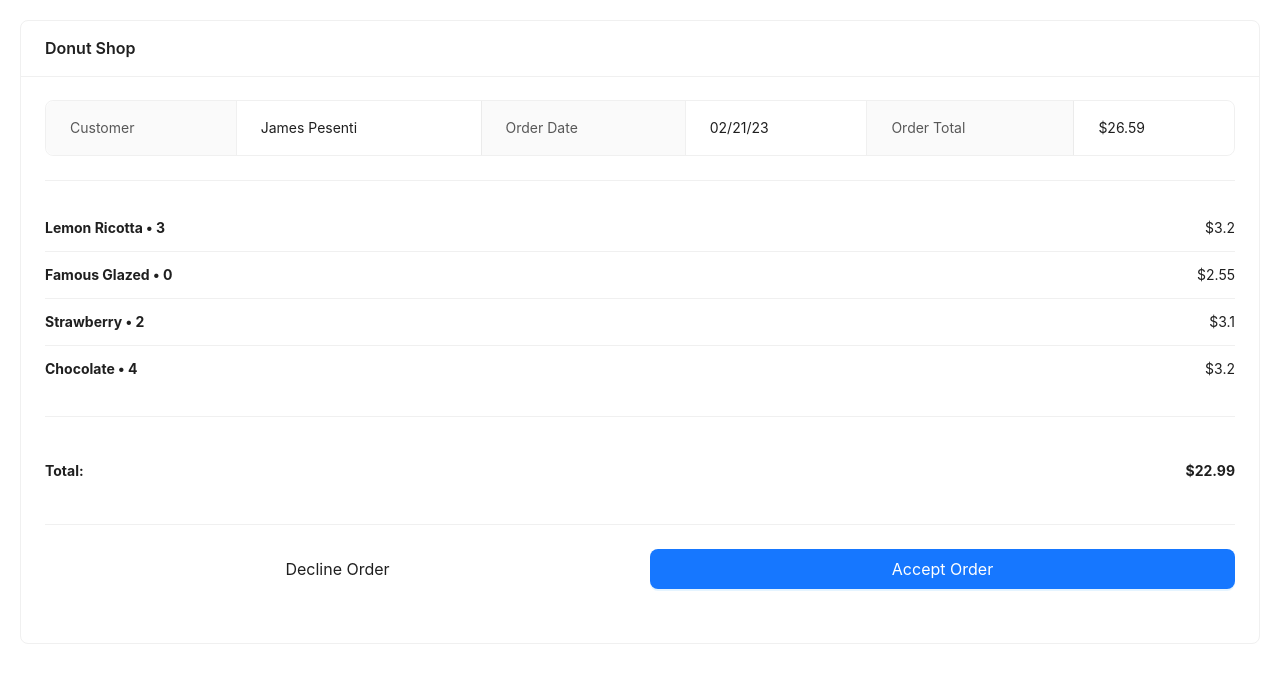
Repository: JamesPesenti/DonutShopDashboard
Page: /menu
The author's editor kept a copy of each file at every save. The page is drawn from the files as they stood at one save, then again after the next save.
The browser window is 1280 px wide. The pictures show the whole page.
The project was rebuilt for these pictures with package versions that can differ from the ones it lists, and the page was loaded fresh each time.

Above is the page before, as saved 2023-03-22 14:36:58.

### src/App.js
import { Card, Descriptions, Divider, List, Button } from "antd"
import donuts from "../src/data/donuts"

function App() {
  return (
    <>
      <Card style={{ margin: 20 }} title={"Donut Shop"}>
        <Descriptions bordered column={{lg: 1, md: 1, sm: 1}}>
          <Descriptions.Item label="Customer">
            James Pesenti
          </Descriptions.Item>
          <Descriptions.Item label="Order Date">
            02/21/23
          </Descriptions.Item>
          <Descriptions.Item label="Order Total">
            $26.59
          </Descriptions.Item>
        </Descriptions>
        <Divider />
        <List
          dataSource={donuts}
          renderItem={(donutItem) => (
            <List.Item>
              <div style={{fontWeight: "bold"}}>{donutItem.flavor}   &#8226; {donutItem.quantity}</div>
              <div>${donutItem.price}</div>
            </List.Item>
          )}
        />
        <Divider />
        <div style={styles.totalContainer}>
          <h4>Total:</h4>
          <h4 style={styles.price}>$22.99</h4>
        </div>
        <Divider />
        <div style={styles.buttonsContainer}>
          <Button style={styles.button} block type="danger" size="large">
            Decline Order
          </Button>
          <Button block type="primary" size="large">
            Accept Order
          </Button>
        </div>
      </Card>
    </>
  );
}

const styles = {
  totalContainer: {
    display: "flex",
    flexDirection: "row",
  },
  price: {
    marginLeft: "auto",
  },
  buttonsContainer: {
    display: "flex",
    flexDirection: "row",
    marginHorizontal: 50,
    paddingBottom: 30
  },
  button: {
    marginRight: 20,
  }
}

export default App;

### src/data/donuts.js
export default [
    {
        flavor: "Lemon Ricotta",
        image: "https://t3.ftcdn.net/jpg/04/90/71/94/240_F_490719448_y4LhTnor5VL2gk9DYhwIw3ZRcZQ1beeD.jpg",
        price: 3.20,
        avgRating: 4.8,
        calories: 190,
        quantity: 3,
        descriptiion: "Made with fresh ricotta and lemon zest",
    },
    {
        flavor: "Famous Glazed",
        image: "https://t3.ftcdn.net/jpg/00/70/16/96/240_F_70169698_gr2Xm6hqPIFLC2kAsjOVRATbBLVDZLn5.jpg",
        price: 2.55,
        avgRating: 4.7,
        calories: 242,
        quantity: 0,
        descriptiion: "Our famous, made fresh everyday glazed",
    },
    {
        flavor: "Strawberry",
        image: "https://t3.ftcdn.net/jpg/00/20/33/94/240_F_20339434_0DNEcWb7vTsrpw1g2tSHmrFc3Fh5G9C6.jpg",
        price: 3.10,
        avgRating: 4.6,
        calories: 189,
        quantity: 2,
        descriptiion: "Made with organic strawberries from florida",
    },
    {
        flavor: "Chocolate",
        image: "https://t3.ftcdn.net/jpg/02/54/64/44/240_F_254644452_0dCYufJiJP5Aw3LxX8x0hzlicqYsb5HR.jpg",
        price: 3.20,
        avgRating: 4.7,
        calories: 297,
        quantity: 4,
        descriptiion: "Tastes like a slice of chocolate cake!",
    },
]

Loaded but not shown: public/index.html (common file); src/index.js (common file); src/index.css (common file)

After the next save:
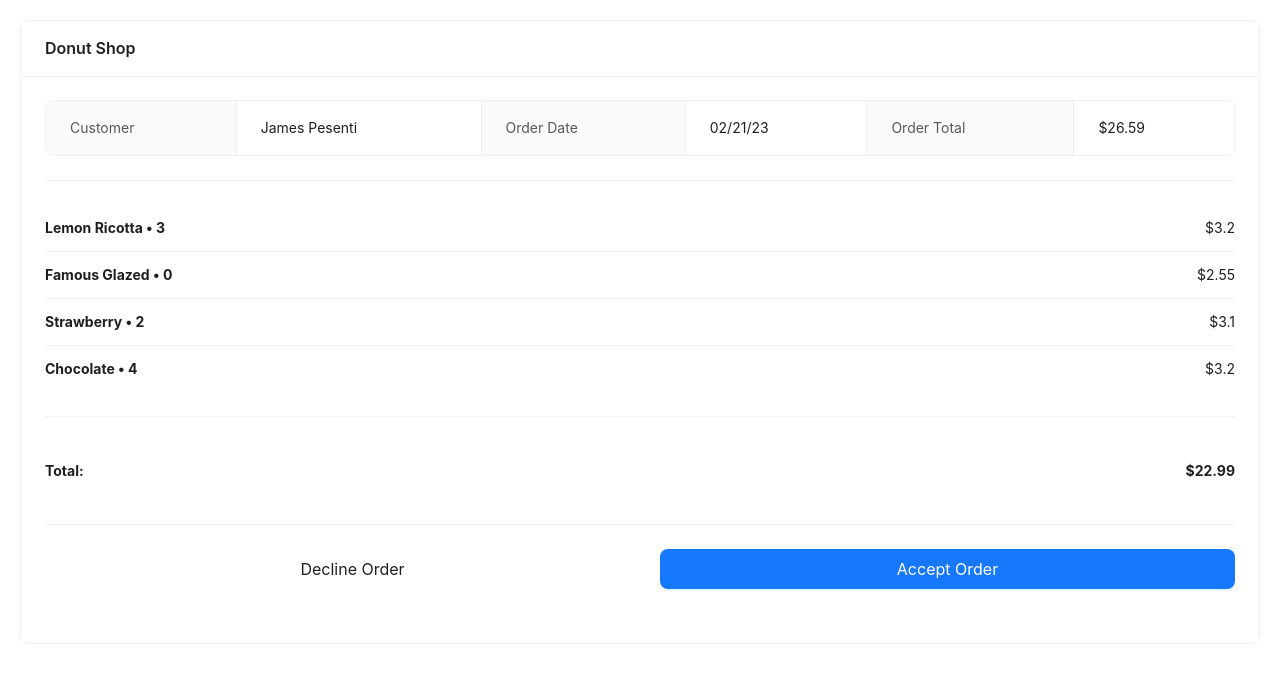
Saved 11 s later.
--- a/src/App.js
+++ b/src/App.js
@@ -61,6 +61,7 @@ const styles = {
   },
   button: {
     marginRight: 20,
+    marginLeft: 20
   }
 }
 
